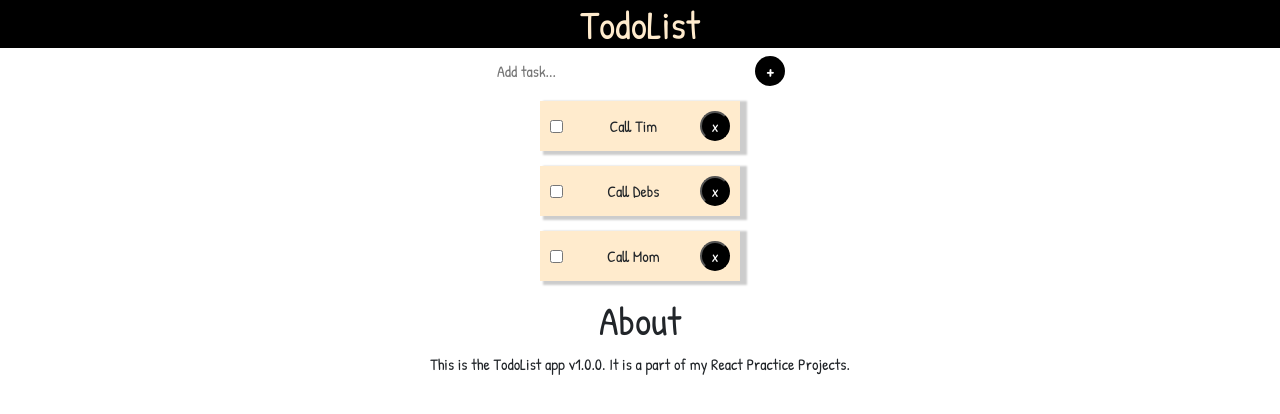
Repository: latenightsnacc/React-Projects
Page: /about (app in todolist/)
These files come from the project's save history. The page is drawn as it stood at one moment and after the next save; the edit follows.
The browser window is 1280 px wide. The pictures show the whole page.
The project was rebuilt for these pictures with package versions that can differ from the ones it lists, and the page was loaded fresh each time.

Above is the page before, as saved 2020-07-02 14:50:55.

### todolist/public/index.html
<!DOCTYPE html>
<html lang="en">
  <head>
    <meta charset="utf-8" />
    <link rel="icon" href="%PUBLIC_URL%/favicon.ico" />
    <meta name="viewport" content="width=device-width, initial-scale=1" />
    <meta name="theme-color" content="#000000" />
    <meta
      name="description"
      content="Web site created using create-react-app"
    />
    <link rel="apple-touch-icon" href="%PUBLIC_URL%/logo192.png" />
    <link rel="stylesheet" href="https://stackpath.bootstrapcdn.com/bootstrap/4.5.0/css/bootstrap.min.css" integrity="sha384-9aIt2nRpC12Uk9gS9baDl411NQApFmC26EwAOH8WgZl5MYYxFfc+NcPb1dKGj7Sk" crossorigin="anonymous">
    <link rel="manifest" href="%PUBLIC_URL%/manifest.json" />
    <link href="https://fonts.googleapis.com/css2?family=Patrick+Hand&display=swap" rel="stylesheet">
    <title>React App</title>
  </head>
  <body>
    <noscript>You need to enable JavaScript to run this app.</noscript>
    <div id="root"></div>
    <!--
      This HTML file is a template.
      If you open it directly in the browser, you will see an empty page.

      You can add webfonts, meta tags, or analytics to this file.
      The build step will place the bundled scripts into the <body> tag.

      To begin the development, run `npm start` or `yarn start`.
      To create a production bundle, use `npm run build` or `yarn build`.
    -->
  </body>
</html>

### todolist/src/App.js
import React, {Component} from 'react';
import TodoList from './components/TodoList';
import Header from './components/layout/Header';
import './styles/App.scss';
import AddItem from './components/AddItem';
import { v4 as uuidv4} from 'uuid';
import { BrowserRouter as Router, Route} from 'react-router-dom';
import About from './pages/About';

class App extends Component  {
  constructor(props){
    super(props);
    this.state = {
      todos: [
        {
          id: uuidv4(),
          title: 'Call Tim',
          completed: false
        },
        {
          id: uuidv4(),
          title: 'Call Debs',
          completed: false
        },
        {
          id: uuidv4(),
          title: 'Call Mom',
          completed: false
        }
      ]
    }

  }

  // Toggle Complete
  markComplete = (id) => {
    this.setState({
      todos: this.state.todos.map(task => {
        if(task.id === id){
          task.completed = !task.completed
        }
        return task;
      })
    })
  }

  // Delete Task
  deleteTask = (id) => {
    this.setState({
      todos: [...this.state.todos.filter(
        task => task.id !== id
      )]
    })
  }

  // Add a new task item
  addItem = (title) => {
    const newTask = {
      id: uuidv4(),
      title,
      completed: false
    };
    this.setState(
      {
        todos: [...this.state.todos, newTask]
      }
    );

  }
  render() {
    return (
      <Router>
        <div className="App">
          <Header />
          <Route path="/" render={props => (
            <div className="container">
              <AddItem addItem={this.addItem} />
              <TodoList tasks= {this.state.todos} markComplete={this.markComplete} deleteTask= {this.deleteTask} />
            </div>
          )} />
          <Route path="/about" component={About} />

        </div>
      </Router>
    );
  }

}

export default App;

### todolist/src/components/TodoList.js
import React, { Component } from 'react';
import PropTypes from 'prop-types';
import TodoItem from './TodoItem';

class TodoList extends Component {
    render() {
        return (
            <>
                <div style={todoList}>
                    {
                        this.props.tasks.map(task => {
                            return <TodoItem key={task.id} task= {task} markComplete={this.props.markComplete} deleteTask= {this.props.deleteTask} />
                        })
                    }
                </div>
            </>
        )
    }
}

const todoList = {
    display: 'flex',
    width: '100%',
    alignItems: 'center',
    flexDirection: 'column'
}
// PropTypes
TodoList.propTypes = {
    tasks: PropTypes.array.isRequired
}
export default TodoList;

### todolist/src/components/layout/Header.js
import React from 'react';
import { Link } from 'react-router-dom';

function Header() {
    return (
        <div style={headerStyle}>
           <h1>TodoList</h1>
        </div>
    )
}

const headerStyle = {
    background: 'black',
    color: '#ffebcd',
    textAlign: 'center',
    lineHeight: '1.4'
}

export default Header;

### todolist/src/styles/App.scss
@import "~bootstrap/scss/bootstrap";
@import url('https://fonts.googleapis.com/css2?family=Patrick+Hand&display=swap');

* {
    margin: 0;
    padding: 0;
    font-family: 'Patrick Hand', cursive;
}

.App {
    .container{
        display: flex;
        width: 100vw;
        flex-direction: column;
        align-items: center;
    }

}

.addBtn {
    height: 30px;
    width: 30px;
    border-radius: 50%;
    text-align: center;
    background-color: black;
    color: white;
    font-weight: bold;
    outline: none;
    margin-bottom: 15px;
    border: 0px;
}
.addItem {
    outline:none;
    border: 0;
    margin-bottom: 15px;
    color: black;
    padding: 2px;
    width: 260px;
    &:focus{
        outline:none;
        border-bottom: 1px solid black;
    }
}

### todolist/src/components/AddItem.js
import React, { Component } from 'react'

class AddItem extends Component {
    state = {
        title: ''
    }
    onChange = (e) => {
        this.setState({
            // use e.target.name to get the value for multiple fields
            [e.target.name]: e.target.value
        });
    }

    onSubmit = (e) => {
        e.preventDefault();
        this.props.addItem(this.state.title);
        this.setState({title: ''});
    }
    render() {
        return (
            <form onSubmit={this.onSubmit}   style={{display: 'flex'}}>
                <input
                type="text"
                name="title"
                placeholder="Add task..."
                className="addItem"
                value={this.state.title}
                onChange= {this.onChange}
                />
                <input
                type="submit"
                value="+"
                className="addBtn"
                />
            </form>
        )
    }
}

export default AddItem

### todolist/src/pages/About.js
import React from 'react'

function About() {
    return (
        <>
            <div className="container">
                <h1>About</h1>
                <p>This is the TodoList app v1.0.0. It is a part of
                    my React Practice Projects.
                </p>
            </div>

        </>
    )
}

export default About;

### todolist/src/components/TodoItem.js
import React, { Component } from 'react';
import PropTypes from 'prop-types';

class TodoItem extends Component {
    getStyle = () => {
        return {
            background: '#ffebcd',
            width: '200px',
            padding: '10px',
            display: 'flex',
            alignItems: 'center',
            justifyContent: 'space-between',
            marginBottom: '15px',
            boxShadow: '5px 2px 2px 2px #cccccc',
            textDecoration: this.props.task.completed ?
            'line-through'
            :'none'
        }
    }

    render() {
        const { id, title } = this.props.task;
        return (
            <>
                <div style={this.getStyle()}>
                    <input type="checkbox" onChange={this.props.markComplete.bind(this, id)} /> &nbsp;
                    {title}
                    <button style={btn} onClick={this.props.deleteTask.bind(this, id)}>x</button>
                </div>
            </>
        )
    }
}
const btn = {
    float: 'right',
    background: 'black',
    height: '30px',
    width: '30px',
    borderRadius: '50%',
    textAlign: 'center',
    color: 'white',
    outline: 'none'
}
// PropTypes
TodoItem.propTypes = {
    task: PropTypes.object.isRequired
}
export default TodoItem

Loaded but not shown: todolist/src/index.js (common file)

After the next save:
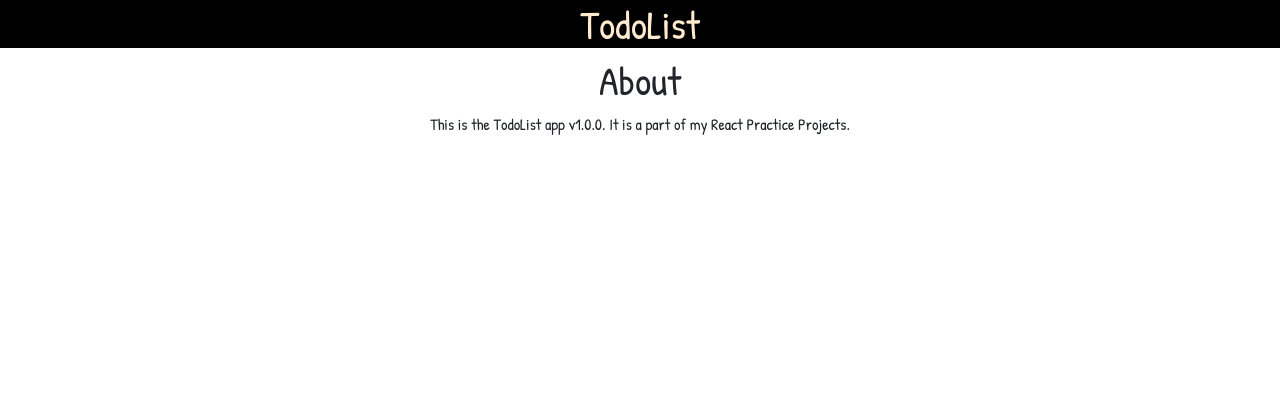
Saved 32 s later.
--- a/todolist/src/App.js
+++ b/todolist/src/App.js
@@ -72,7 +72,7 @@ class App extends Component  {
       <Router>
         <div className="App">
           <Header />
-          <Route path="/" render={props => (
+          <Route exact path="/" render={props => (
             <div className="container">
               <AddItem addItem={this.addItem} />
               <TodoList tasks= {this.state.todos} markComplete={this.markComplete} deleteTask= {this.deleteTask} />
